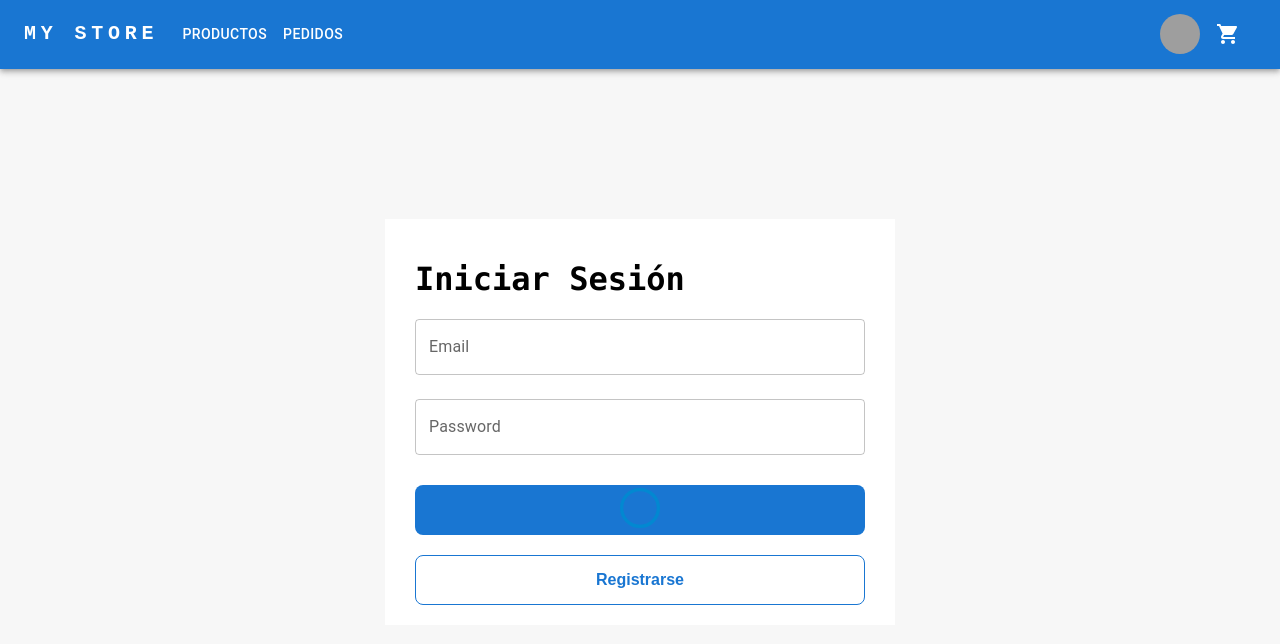
Repository: DanielBorussia/front-my-store
Page: /login
These files come from the project's save history. The page is drawn as it stood at one moment and after the next save; the edit follows.
The browser window is 1280 px wide. The pictures show the whole page.
Pictures or frames that could not be fetched are drawn as grey boxes. The project was rebuilt for these pictures with package versions that can differ from the ones it lists, and the page was loaded fresh each time. Also part of the build but not shown: src/shared/Utils.js, src/components/OrderItem.js, src/containers/MyOrderPreview.js, src/components/ProductItem.js, src/shared/Services/Products.js, src/hooks/useGetProducts.js, src/shared/Components/Loading.js, src/containers/ProductList.js and 4 more.

Above is the page before, as saved 2023-07-03 00:54:49.

### src/index.js
import React from 'react';
import ReactDOM from 'react-dom/client';
import './index.css';
import App from './routes/App';
import reportWebVitals from './reportWebVitals';

const root = ReactDOM.createRoot(document.getElementById('root'));
root.render(
  <React.StrictMode>
    <App />
  </React.StrictMode>
);

// If you want to start measuring performance in your app, pass a function
// to log results (for example: reportWebVitals(console.log))
// or send to an analytics endpoint. Learn more: https://bit.ly/CRA-vitals
reportWebVitals();

### src/index.css
body {
  margin: 0;
  -webkit-font-smoothing: antialiased;
  -moz-osx-font-smoothing: grayscale;
  font-family: source-code-pro, Menlo, Monaco, Consolas, "Courier New",
  monospace;
}

### src/routes/App.js
import React from 'react';
import { BrowserRouter, Routes, Route } from 'react-router-dom';
import useInitialState from '../hooks/useInitialState';
import AppContext from '../context/AppContext';
import Layout from '../containers/Layout';
import Home from '../pages/Home';
import ShoppingList from '../containers/ShoppingList';
import LoginPage from '../pages/LoginPage';
import '../styles/Global.scss';
import { Provider } from 'react-redux';
import store from '../store';


const App = () => {
    const initialState = useInitialState();
    return (
        //encapsular la aplicacion para compartir la informacion
        <Provider store={store}>
        <AppContext.Provider value={initialState}>
        <BrowserRouter>
            <Layout>
            <Routes>
                <Route exact path="/" element={<Home/>} />
                <Route exact path="/products" element={<Home/>} />
                <Route exact path="/orderList" element={<ShoppingList/>} />
                <Route exact path="/login" element={<LoginPage/>} />
            </Routes>
            </Layout>
        </BrowserRouter>
        </AppContext.Provider>
        </Provider>
    );
}

export default App;

### src/hooks/useInitialState.js
import { useState } from 'react';

const initialState = {
    cart: [],
}

const useInitialState = () => {
    const [state, setState] = useState(initialState);

    const addToCart = (payload) => {
        setState({
            ...state,
            cart: [...state.cart, payload]
        });
    };

    const removeFromCart = (payload) => {
        setState({
            ...state,
            cart: state.cart.filter(item => item.id != payload.id),
        })
    }

    return {
        state,
        addToCart,
        removeFromCart
    }
}

export default useInitialState;

### src/containers/Layout.js
import React from 'react';
import Header from '../components/Header';
import './../styles/Layout.scss';

const Layout = ({ children }) => {
	return (
		<div className="Layout">
			<Header />
			<div className='Content'>
				{children}
			</div>
		</div>
	);
}

export default Layout;

### src/pages/LoginPage.js
import React from 'react';
import Login from '../components/Login';

const LoginPage = () => {
    return (
        <Login />
    );
}

export default LoginPage;

### src/styles/Global.scss
.button__primary {
	background-color: var(--primary);
	border-radius: 8px;
	border: none;
	color: var(--white);
	width: 100%;
	cursor: pointer;
	font-size: var(--md);
	font-weight: bold;
	height: 50px;
}
.button__secondary {
	background-color: var(--white);
	border-radius: 8px;
	border: 1px solid var(--primary);
	color: var(--primary);
	width: 100%;
	cursor: pointer;
	font-size: var(--md);
	font-weight: bold;
	height: 50px;
}

### src/store/index.js
import { configureStore } from '@reduxjs/toolkit'
import { combineReducers } from 'redux';
import auth from "../modules";

const reducer = combineReducers({
  auth
})
const store = configureStore({
  reducer,
})
export default store;

### src/components/Header.js
import React, { useContext, useState } from 'react';
// UI
import AppBar from '@mui/material/AppBar';
import Box from '@mui/material/Box';
import Toolbar from '@mui/material/Toolbar';
import IconButton from '@mui/material/IconButton';
import Typography from '@mui/material/Typography';
import Menu from '@mui/material/Menu';
import MenuIcon from '@mui/icons-material/Menu';
import Container from '@mui/material/Container';
import Avatar from '@mui/material/Avatar';
import Button from '@mui/material/Button';
import Tooltip from '@mui/material/Tooltip';
import MenuItem from '@mui/material/MenuItem';
import AdbIcon from '@mui/icons-material/Adb';
import ShoppingCartIcon from '@mui/icons-material/ShoppingCart';
import AppContext from '../context/AppContext';
import MyOrderPreview from '../containers/MyOrderPreview';
import { Link } from '@mui/material';

const pages = ['Productos', 'Pedidos'];
const settings = ['Perfil', 'Mis Pedidos', 'Salir'];

const Header = () => {

    const [anchorElNav, setAnchorElNav] = useState(null);
    const [anchorElUser, setAnchorElUser] = useState(null);
    const [toggleOrderPreview, setToggleOrderPreview] = useState(false);

    const handleOpenNavMenu = (event) => {
        setAnchorElNav(event.currentTarget);
    };

    const handleOpenUserMenu = (event) => {
        setAnchorElUser(event.currentTarget);
    };

    const handleCloseNavMenu = () => {
        setAnchorElNav(null);
    };

    const handleCloseUserMenu = () => {
        setAnchorElUser(null);
    };


    return (
    <AppBar position="static">
      <Container maxWidth="xl">
        <Toolbar disableGutters>
            {/* Logo */}
            <Typography
              variant="h6"
              noWrap
              component="a"
              href="/"
              sx={{
                mr: 2,
                display: { xs: 'none', md: 'flex' },
                fontFamily: 'monospace',
                fontWeight: 700,
                letterSpacing: '.3rem',
                color: 'inherit',
                textDecoration: 'none',
              }}
            >
              MY STORE
            </Typography>


          <Box sx={{ flexGrow: 1, display: { xs: 'flex', md: 'none' } }}>
            <IconButton
              size="large"
              aria-label="account of current user"
              aria-controls="menu-appbar"
              aria-haspopup="true"
              onClick={handleOpenNavMenu}
              color="inherit"
            >
              <MenuIcon />
            </IconButton>
            <Menu
              id="menu-appbar"
              anchorEl={anchorElNav}
              anchorOrigin={{
                vertical: 'bottom',
                horizontal: 'left',
              }}
              keepMounted
              transformOrigin={{
                vertical: 'top',
                horizontal: 'left',
              }}
              open={Boolean(anchorElNav)}
              onClose={handleCloseNavMenu}
              sx={{
                display: { xs: 'block', md: 'none' },
              }}
            >

              <MenuItem>
                <Link href={`/`}>
                  <Typography textAlign="center">Productos</Typography>
                </Link>
              </MenuItem>

            </Menu>
          </Box>
          <AdbIcon sx={{ display: { xs: 'flex', md: 'none' }, mr: 1 }} />

          {/* Logo Mobile */}
          <Typography
            variant="h5"
            noWrap
            component="a"
            href=""
            sx={{
              mr: 2,
              display: { xs: 'flex', md: 'none' },
              flexGrow: 1,
              fontFamily: 'monospace',
              fontWeight: 700,
              letterSpacing: '.3rem',
              color: 'inherit',
              textDecoration: 'none',
            }}
          >
            MY STORE
          </Typography>

          {/* Links */}
          <Box sx={{ flexGrow: 1, display: { xs: 'none', md: 'flex' } }}>
            <Link href='/products'>
              <Button
                sx={{ my: 2, color: 'white', display: 'block' }}
              >
                Productos
              </Button>
            </Link>
            <Link href='/orderList'>
              <Button
                sx={{ my: 2, color: 'white', display: 'block' }}
              >
                Pedidos
              </Button>
            </Link>
          </Box>

          <Box sx={{ flexGrow: 0 }}>
            <Tooltip title="Open settings">
              <IconButton onClick={handleOpenUserMenu} sx={{ p: 0 }}>
                <Avatar alt="Dani Sharp" src="/static/images/avatar/2.jpg" />
              </IconButton>
            </Tooltip>
            <Menu
              sx={{ mt: '45px' }}
              id="menu-appbar"
              anchorEl={anchorElUser}
              anchorOrigin={{
                vertical: 'top',
                horizontal: 'right',
              }}
              keepMounted
              transformOrigin={{
                vertical: 'top',
                horizontal: 'right',
              }}
              open={Boolean(anchorElUser)}
              onClose={handleCloseUserMenu}
            >
              {settings.map((setting) => (
                <MenuItem key={setting} onClick={handleCloseUserMenu}>
                  <Typography textAlign="center">{setting}</Typography>
                </MenuItem>
              ))}
            </Menu>
          </Box>
          <Box sx={{ margin: 2 }}>
            <Tooltip title="Car">
              <IconButton  onClick={() => setToggleOrderPreview(!toggleOrderPreview)} color="inherit" sx={{ p: 0 }}>
               <ShoppingCartIcon />

              </IconButton>
            </Tooltip>
          </Box>
        </Toolbar>
      </Container>
      {toggleOrderPreview && <MyOrderPreview />}
    </AppBar>
  );
}

export default Header;

### src/styles/Layout.scss
.Layout{
    background-color: #f7f7f7;
    height: 100vh;
}

### src/components/Login.js
import React, { useRef, useState } from 'react';
// Styles
import '../styles/Login.scss';
// UI
import { Button, Grid, TextField, Box, Alert, CircularProgress } from '@mui/material';
import { useForm } from 'react-hook-form';
// Services
import { login } from '../shared/Services/Auth';
import { addUser } from '../shared/Services/User';
// Redux
import { bindActionCreators } from "redux";
import { connect } from "react-redux";
import { logIn } from '../modules/auth';

const Login = () => {
	const {
        register,
        formState: { errors } ,
        handleSubmit
    } = useForm();
	const [isLogin, setIsLogin] = useState(true);
	const [loadingLoginForm, setLoadingLoginForm] = useState(true);
	const [messageError, setMessageError] = useState("");

	const handleLoginError = (message) => {
		setMessageError(message);
		setLoadingLoginForm(false);
	  };

	const onSubmit = (data) => {
		/*functionCall = isLogin ? login : addUser;
		functionCall(data)
		.then((res) => {
			if(res && res.token && res.status == 200){
				localStorage.setItem("access_token", res.token);
			}
		});*/
		setLoadingLoginForm(true);
		logIn(data.email, data.user, handleLoginError);
    }

    return (
        <Box className="login">
			<Box className="login__container">
				<h1>{isLogin ? "Iniciar Sesión" : "Crear Cuenta"}</h1>
				<form onSubmit={handleSubmit(onSubmit)}>
					<Grid container spacing={3}>
						{!isLogin && (
							<React.Fragment>
							<Grid item xs={12}>
								<TextField
									sx={{ width: '100%' }}
									label="Nombre Completo"
									variant="outlined"
									{...register('name', { required : true})}
									error={errors?.name}
								/>
							</Grid>
							<Grid item xs={12}>
								<TextField
									sx={{ width: '100%' }}
									label="Celular"
									variant="outlined"
									type="number"
									{...register('phone', { required : true})}
									error={errors?.phone}
								/>
							</Grid>
							</React.Fragment>
						)}
						<Grid item xs={12}>
							<TextField
							  	sx={{ width: '100%' }}
								label="Email"
								variant="outlined"
								{...register('email', { required : true})}
								error={errors?.email}
							/>
						</Grid>
						<Grid item xs={12}>
							<TextField
								sx={{ width: '100%' }}
								type="password"
								label="Password"
								placeholder="*********"
								variant="outlined"
								{...register('password', { required : true})}
								error={errors?.password}
							/>
						</Grid>
					</Grid>
					{messageError && <Alert severity="error">{messageError}</Alert>}
					{isLogin ? (
						<button className="button__primary button__login" type='submit'>
							{loadingLoginForm ? (
								<CircularProgress variant="outlined" color="info" />
							) : (
								"Login"
							)}
						</button>
					) : (
						<button className="button__primary button__login" type='submit'>
							Guardar Usuario
						</button>
					)}

				</form>
				{isLogin ? (
					<button className="button__secondary" onClick={()=> setIsLogin(false)}>
						Registrarse
					</button>
				) : (
					<button className="button__secondary" onClick={() => setIsLogin(true)}>
							Login
					</button>
				)}

			</Box>
		</Box>
    );
}

const mapStateToProps = ({ auth }) => ({
	user: auth.user,
  });

  const mapDispatchToProps = (dispatch) =>
	bindActionCreators({ logIn }, dispatch);

  export default connect(mapStateToProps, mapDispatchToProps)(Login);

### src/modules/index.js
import { combineReducers } from "redux";
import auth from "./auth";

const reducers = () =>
  combineReducers({
    auth
  });

export default reducers;

### src/styles/ProductList.scss
@import 'vars';

.productList {
	display: grid;
	grid-template-columns: repeat(auto-fill, 240px);
	gap: 26px;
	place-content: center;
	margin: 3em 0 0 0;
}

@media (max-width: 640px) {
	.productList {
		grid-template-columns: repeat(auto-fill, 140px);
	}
}

### src/styles/Login.scss
@import 'vars';

.login {
	display: flex;
  	justify-content: center;
	margin: 150px auto;
	.login__container {
		background-color: white;
		padding: 20px 30px;
		width: 450px;
		.form {
			display: flex;
			flex-direction: column;
		}
	}
}


.button__login {
	margin-top: 30px;
	margin-bottom: 20px;
}

@media (max-width: 640px) {
	.login{
		margin: 0px auto;
		.login__container{
			background-color: transparent;
		}
	}
}

### src/shared/Services/Auth.js
import { axiosInstanceMyStore } from "./Instance";

/**
 *
 * @param {*} data
 * @returns user logged in
 */
export const login = (data) => {
    return new Promise((resolve, reject) => {
        axiosInstanceMyStore.post(`/auth`, data)
        .then(( res ) => {
            if (!res || !res.token) {
                reject("Usuario o contraseña inválida");
            }
            localStorage.setItem("access_token", res.token);
            resolve(res.data);
        })
        .catch((error) => {
            reject("Usuario o contraseña inválidas");
        });
    });

};

/**
 *
 * @param
 * @returns user loggout
 */
export const logout = () => {
    return axiosInstanceMyStore.post(`/auth/logout`, );
};

### src/shared/Services/User.js
import { axiosInstanceMyStore } from "./Instance";

/**
 *
 * @param
 * @returns add user
 */
export const addUser = (data) => {
    return axiosInstanceMyStore.get(`/users`, data);
};

### src/modules/auth.js
import { Cookies } from "react-cookie";
import { login } from "../shared/Services/Auth";

export const LOGIN = "auth/LOGIN";
export const LOGOUT = "auth/LOGOUT";

const cookies = new Cookies();
const currentUser = cookies.get("user") || {};


const initialState = {
    user : currentUser,
}

const authModule = (state = initialState, action) => {
    switch (action.type) {
        case LOGIN:
            return {
            ...state,
            ...action.payload
            };

        case LOGOUT:
            return {
              ...state,
              user : {}
            };

        default:
            return state;
    }

}

/**
 * Calls the loginService and executes the given callback
 * @param {string} email user email
 * @param {string} password user password
 * @param {function} onError callback to run after login error
 */
export const logIn = (email, password, onError) => {
    console.log(email);
    login({ email, password })
    .then(({ data }) => {
        console.log(data);
        /*cookies.set("user", data.user, { path: "/" });
        dispatch({
          type: LOGIN,
          payload: {
            ...data.user,
          },
        });*/
    })
    .catch((err) => {
        onError(err);
    });
};

/**
 * Delete the token cookie and logs out the user
 */
export const logOut = () => (dispatch) => {
    cookies.remove("user", { path: "/" });
    localStorage.clear();
    dispatch({
      type: LOGOUT,
    });
  };

export default authModule;

### src/styles/MyOrderPreview.scss
@import 'vars';

.myOrderPreview {
	transition: all 0.25s;
    -webkit-transition: all 0.25s;
	overflow:hidden;
    background: #fff;
	width: 360px;
	height: 100%;
	padding: 24px;
	box-sizing: border-box;
	position: absolute;
	right: 0;
	top: 69px;
	border-radius: 6px;
	bottom: 0;
	z-index: 1;
	border: 1px solid var(--very-light-pink);
    .myOrderPreview__title {
        display: flex;
        font-size: var(--lg);
	    font-weight: bold;
		color: var(--black);
        img {
            margin-right: 14px;
         }
    }
}



.myOrderPreview__resume {
	display: grid;
	grid-template-columns: auto 1fr;
	gap: 16px;
	align-items: center;
	background-color: var(--text-input-field);
	margin-bottom: 24px;
	border-radius: 8px;
	padding: 0 24px;
	color: var(--black);

	.myOrderPreview__resume--label {
		font-size: var(--md);
		font-weight: bold;
	}
	.myOrderPreview__resume--value {
		text-align: end;
		font-weight: bold;
	}
}

.primary-button {
	background-color: var(--hospital-green);
	border-radius: 8px;
	border: none;
	color: var(--white);
	width: 100%;
	cursor: pointer;
	font-size: var(--md);
	font-weight: bold;
	height: 50px;
}
@media (max-width: 640px) {
	.myOrderPreview {
		width: 100%;
	}
}

### src/styles/ProductItem.scss
@import 'vars';

.productItem {
	width: 240px;
	background-color: white;
	border-radius: 20px 20px 0px 0px;
	img {
		width: 240px;
		height: 240px;
		border-radius: 20px 20px 0px 0px;
		object-fit: cover;
		cursor: pointer;
	}
	.productItem__info {
		cursor: pointer;
		display: flex;
		justify-content: space-between;
		align-items: center;
		margin-top: 12px;
		padding: 3px 10px;
		div p:nth-child(1) {
			font-weight: bold;
			font-size: var(--md);
			margin-top: 0;
			margin-bottom: 4px;
		}
		div p:nth-child(2) {
			font-size: var(--sm);
			margin-top: 0;
			margin-bottom: 0;
			color: var(--very-light-pink);
		}
	}
}

@media (max-width: 640px) {

	.productItem {
		width: 150px;
		img {
			width: 150px;
			height: 150px;
		}
		.productItem__info{
			flex-direction: column;
		}
	}
}

### src/styles/_vars.scss
:root {
	--white: #FFFFFF;
	--black: #000000;
	--very-light-pink: #C7C7C7;
	--text-input-field: #F7F7F7;
	--primary: #1976d2;
	--sm: 14px;
	--md: 16px;
	--lg: 18px;
}

### src/shared/Services/Instance.js
import axios from "axios";

export const axiosInstanceMyStore = axios.create({
    baseURL: process.env.REACT_APP_API_MYSTORE_URL,
});

axiosInstanceMyStore.interceptors.response.use(
    (res) => res.data,
    (err) => {
      return new Promise((resolve, reject) => {
        reject(err.response.data);
      });
    }
  );

### src/styles/OrderItem.scss
@import 'vars';

.orderItem {
	display: grid;
	grid-template-columns: auto 1fr auto auto;
	gap: 16px;
	margin-bottom: 24px;
	align-items: center;
    .orderItem__image img{
        width: 70px;
        height: 70px;
        border-radius: 20px;
        object-fit: cover;
    }
    .orderItem__information--title{
        color: var(--very-light-pink);
    }
    .orderItem__information--price{
        font-size: var(--md);
        font-weight: bold;
        color: var(--black);
    }
}

Loaded but not shown: public/index.html (common file); src/reportWebVitals.js (common file); src/context/AppContext.js (common file)

After the next save:
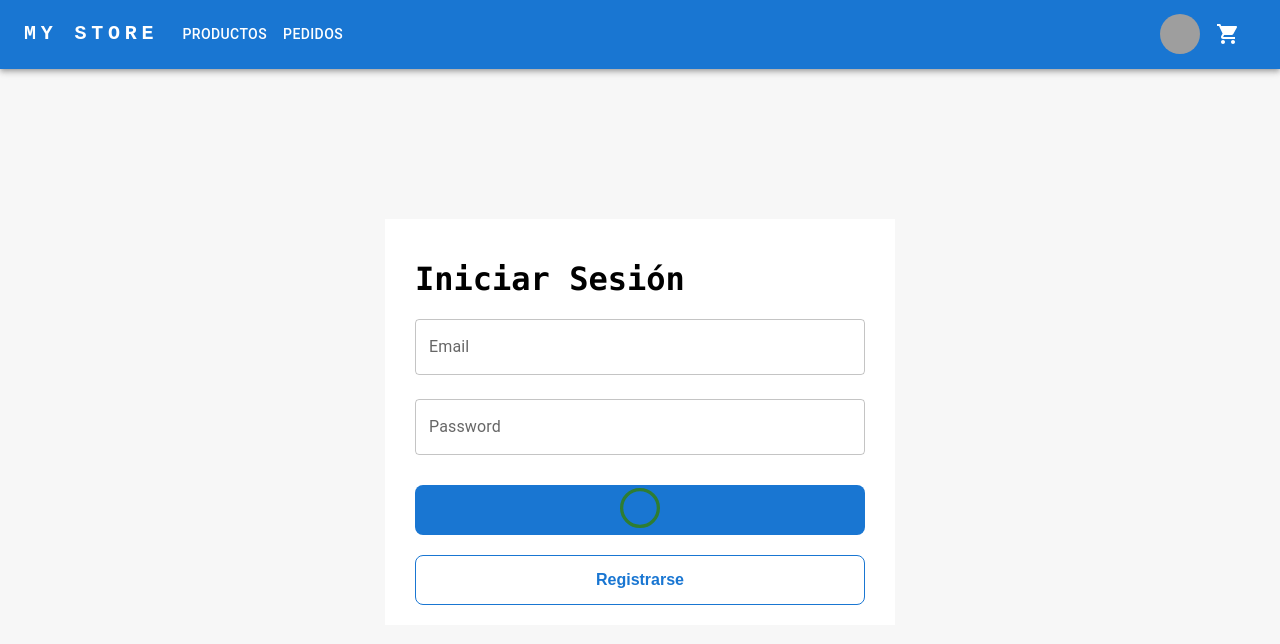
Saved 16 s later.
--- a/src/components/Login.js
+++ b/src/components/Login.js
@@ -93,7 +93,7 @@ const Login = () => {
 					{isLogin ? (
 						<button className="button__primary button__login" type='submit'>
 							{loadingLoginForm ? (
-								<CircularProgress variant="outlined" color="info" />
+								<CircularProgress variant="outlined" color="success" />
 							) : (
 								"Login"
 							)}
